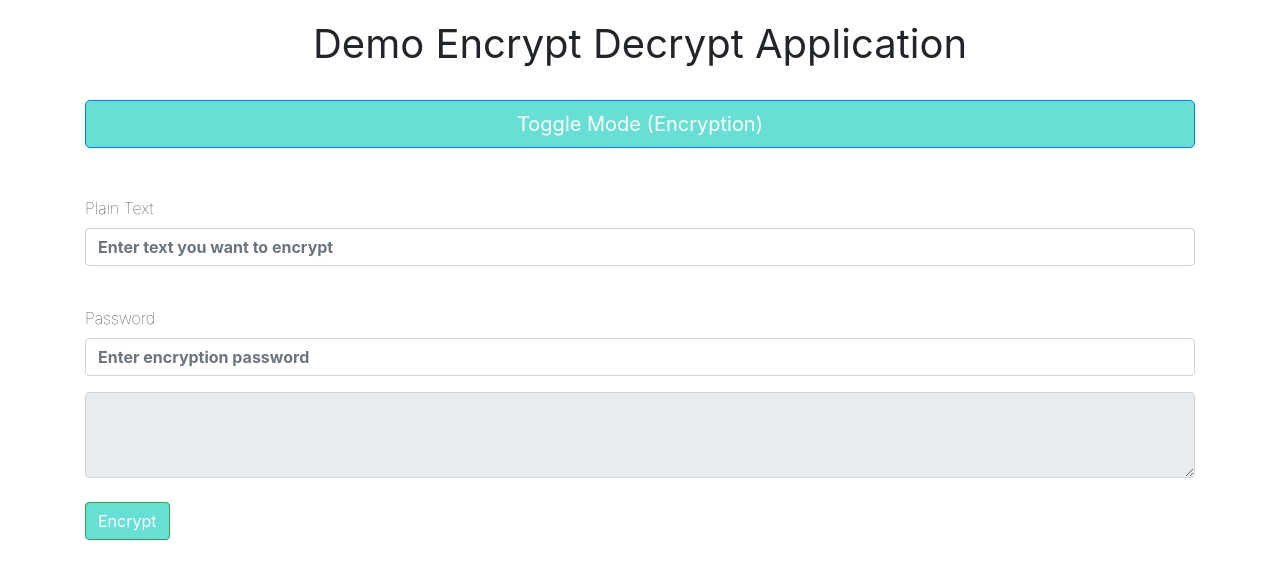
Repository: beardbytes/EncDecrypt
Page: / (app in EncryptDecrypt/)
The author's editor kept a copy of each file at every save. The page is drawn from the files as they stood at one save, then again after the next save.
The browser window is 1280 px wide. The pictures show the whole page.
The project was rebuilt for these pictures with package versions that can differ from the ones it lists, and the page was loaded fresh each time. Also part of the build but not shown: EncryptDecrypt/angular.json.

Above is the page before, as saved 2020-08-15 16:10:42.

### EncryptDecrypt/src/index.html
<html>

<head>
  <meta charset="utf-8">
  <title>Demo Encrypt Decrypt App</title>
  <base href="/DemoApp">
  <meta name="viewport" content="width=device-width, initial-scale=1">
  <link rel="icon" type="image/x-icon" href="favicon.ico">
  <link rel="stylesheet" href="https://stackpath.bootstrapcdn.com/bootstrap/4.1.3/css/bootstrap.min.css" integrity="sha384-MCw98/SFnGE8fJT3GXwEOngsV7Zt27NXFoaoApmYm81iuXoPkFOJwJ8ERdknLPMO" crossorigin="anonymous">
</head>

  <body>
  <my-app>loading</my-app>
  <app-root></app-root>
  <script src="https://code.jquery.com/jquery-3.3.1.slim.min.js" integrity="sha384-q8i/X+965DzO0rT7abK41JStQIAqVgRVzpbzo5smXKp4YfRvH+8abtTE1Pi6jizo" crossorigin="anonymous"></script>
  <script src="https://cdnjs.cloudflare.com/ajax/libs/popper.js/1.14.3/umd/popper.min.js" integrity="sha384-ZMP7rVo3mIykV+2+9J3UJ46jBk0WLaUAdn689aCwoqbBJiSnjAK/l8WvCWPIPm49" crossorigin="anonymous"></script>
  <script src="https://stackpath.bootstrapcdn.com/bootstrap/4.1.3/js/bootstrap.min.js" integrity="sha384-ChfqqxuZUCnJSK3+MXmPNIyE6ZbWh2IMqE241rYiqJxyMiZ6OW/JmZQ5stwEULTy" crossorigin="anonymous"></script>
  </body>
</html>

### EncryptDecrypt/src/styles.css
/* Add application styles & imports to this file! */
body{
    padding: 20px;
  }
  /* You can add global styles to this file, and also import other style files */
.form-group>input{
  font-weight: bolder;
}
.form-group>label{
  font-weight: lighter;
}

button[type="button"]{
  background-color: #67dfd4;
  color: #fff;

}
.jumbotron{
  background-color: #fff;
  padding-top: 32px;
}

table tr:hover{
  cursor: pointer;
}

input.ng-touched.ng-invalid{
  border-color: #dc3545;
}
div.validation-error{
  width: 100%;
  margin-top: .25rem;
  font-size: 80%;
  color: #dc3545;
}
@import '~bootstrap/dist/css/bootstrap.min.css';

### EncryptDecrypt/src/polyfills.ts
/**
 * This file includes polyfills needed by Angular and is loaded before the app.
 * You can add your own extra polyfills to this file.
 *
 * This file is divided into 2 sections:
 *   1. Browser polyfills. These are applied before loading ZoneJS and are sorted by browsers.
 *   2. Application imports. Files imported after ZoneJS that should be loaded before your main
 *      file.
 *
 * The current setup is for so-called "evergreen" browsers; the last versions of browsers that
 * automatically update themselves. This includes Safari >= 10, Chrome >= 55 (including Opera),
 * Edge >= 13 on the desktop, and iOS 10 and Chrome on mobile.
 *
 * Learn more in https://angular.io/docs/ts/latest/guide/browser-support.html
 */

/***************************************************************************************************
 * BROWSER POLYFILLS
 */

/** IE9, IE10 and IE11 requires all of the following polyfills. **/
// import 'core-js/es6/symbol';
// import 'core-js/es6/object';
// import 'core-js/es6/function';
// import 'core-js/es6/parse-int';
// import 'core-js/es6/parse-float';
// import 'core-js/es6/number';
// import 'core-js/es6/math';
// import 'core-js/es6/string';
// import 'core-js/es6/date';
// import 'core-js/es6/array';
// import 'core-js/es6/regexp';
// import 'core-js/es6/map';
// import 'core-js/es6/set';

/** IE10 and IE11 requires the following for NgClass support on SVG elements */
// import 'classlist.js';  // Run `npm install --save classlist.js`.

/** IE10 and IE11 requires the following to support `@angular/animation`. */
// import 'web-animations-js';  // Run `npm install --save web-animations-js`.


/** Evergreen browsers require these. **/

/** ALL Firefox browsers require the following to support `@angular/animation`. **/
// import 'web-animations-js';  // Run `npm install --save web-animations-js`.



/***************************************************************************************************
 * Zone JS is required by Angular itself.
 */
import 'zone.js/dist/zone';  // Included with Angular CLI.


/***************************************************************************************************
 * APPLICATION IMPORTS
 */

/**
 * Date, currency, decimal and percent pipes.
 * Needed for: All but Chrome, Firefox, Edge, IE11 and Safari 10
 */
// import 'intl';  // Run `npm install --save intl`.

### EncryptDecrypt/src/app/app.component.ts
import { Component } from '@angular/core';
import * as CryptoJS from 'crypto-js';

@Component({
  selector: 'my-app',
  templateUrl: './app.component.html',
  styleUrls: ['./app.component.css']
})
export class AppComponent {
  title = 'Demo App';
  encryptMode: boolean;
  textToConvert: string;
  password: string;
  conversionOutput: string;

  constructor() {
    this.encryptMode = true;
  }

  changeMode() {
    this.encryptMode = this.encryptMode ? false : true;
    this.textToConvert = "";
  }

  convertText() {
    if (this.textToConvert.trim() === "" || this.password.trim() === "") {
      this.conversionOutput = "Please fill the textboxes."
      return;
    }
    else {
      if (this.encryptMode) {
        this.conversionOutput = CryptoJS.AES.encrypt(this.textToConvert.trim(), this.password.trim()).toString();
      }
      else {
        this.conversionOutput = CryptoJS.AES.decrypt(this.textToConvert.trim(), this.password.trim()).toString(CryptoJS.enc.Utf8);
      }
    }
  }
}

### EncryptDecrypt/src/app/app.component.html
<h1 class="text-center">Demo Encrypt Decrypt Application</h1>

<br>
<div class="container">
<button
        type="button"
        class="btn btn-primary btn-lg btn-block"
        (click)="changeMode()">

        Toggle Mode ({{ encryptMode ? "Encryption" : "Decryption" }})

</button>

<br>
<br>

<div class="form-group">
  <label for="txtTextToConvert">{{ encryptMode ? "Plain" : "Encrypted" }} Text</label>
  <input
          type="text"
          class="form-control"
          id="txtTextToConvert"
          placeholder="Enter text you want to {{ encryptMode ? 'encrypt' : 'decrypt' }}"
          [(ngModel)]="textToConvert"
  >
</div>
<br>

<div class="form-group">
  <label for="txtPassword">Password</label>
  <input
          type="password"
          class="form-control"
          id="txtPassword"
          placeholder="Enter {{ encryptMode ? 'encryption' : 'decryption' }} password"
          [(ngModel)]="password"
  >
</div>

<textarea class="form-control" readonly rows="3">{{conversionOutput}}</textarea>

<br>

<button type="button" class="btn btn-success" (click)="convertText()">{{ encryptMode ? "Encrypt" : "Decrypt" }}</button>
</div>

### EncryptDecrypt/src/app/app.component.css
p {
    font-family: Lato;
    font-weight: normal;
  }
h1 {
    font-weight: normal; }

Loaded but not shown: EncryptDecrypt/src/main.ts (common file); EncryptDecrypt/src/app/app.module.ts (common file)

After the next save:
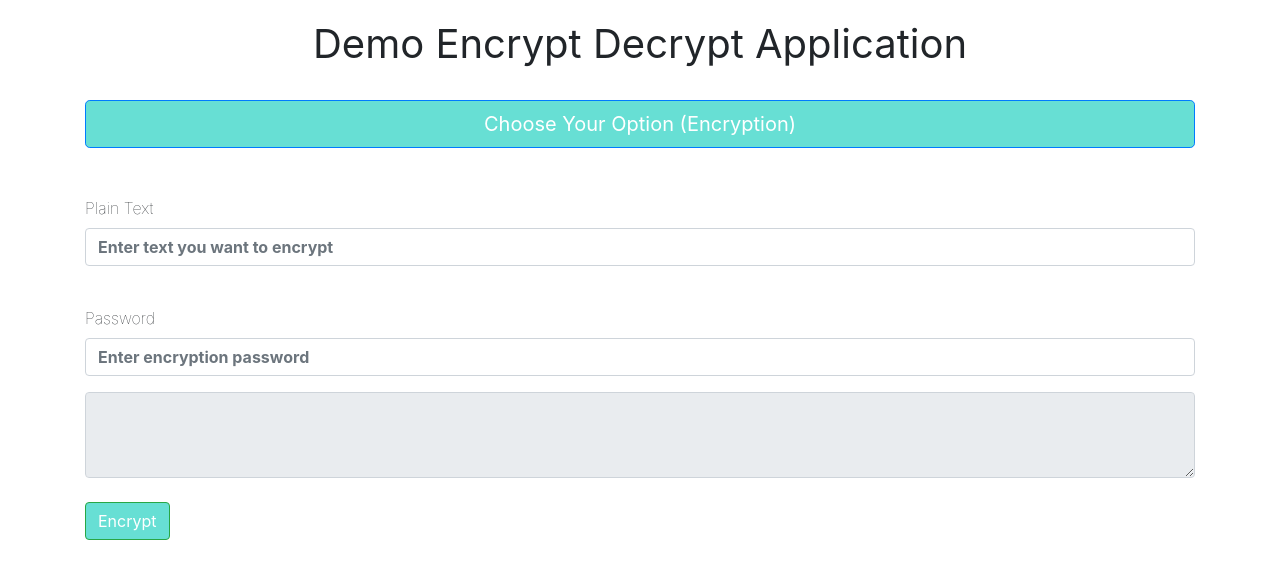
Saved 31 s later.
--- a/EncryptDecrypt/src/app/app.component.html
+++ b/EncryptDecrypt/src/app/app.component.html
@@ -7,7 +7,7 @@
         class="btn btn-primary btn-lg btn-block"
         (click)="changeMode()">
 
-        Toggle Mode ({{ encryptMode ? "Encryption" : "Decryption" }})
+        Choose Your Option ({{ encryptMode ? "Encryption" : "Decryption" }})
 
 </button>
 
